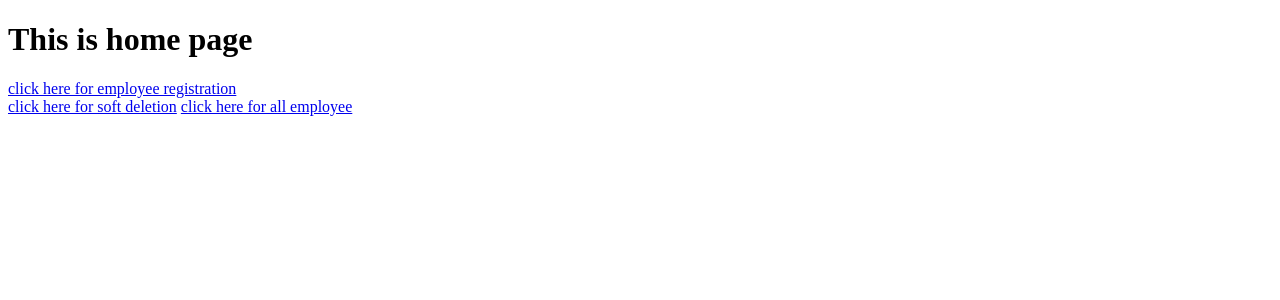
Repository: Subhabrata98dada/java_code
Page: http://localhost/MVC6_SOFT_DELETION/WEB-INF/pages/index.jsp
An editor plug-in stored every save of this project. The page is shown before and after the next save, followed by the edit.
The browser window is 1280 px wide. The pictures show the whole page.
The page is served by Tomcat 9. Nobody is signed in. The template is opened directly, without the code that normally fills it, so the values that code supplies are empty.

Above is the page before, as saved 2024-10-29 07:25:03.

After the next save:
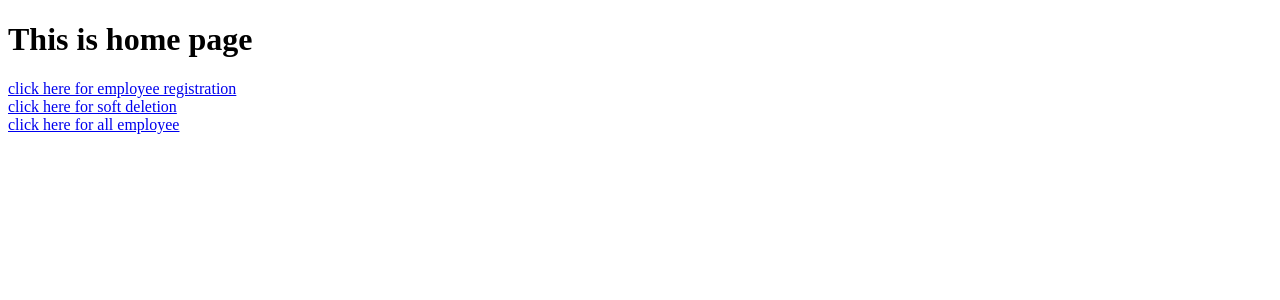
Saved 12 s later.
--- a/springboot mvc/MVC6_SOFT_DELETION/src/main/webapp/WEB-INF/pages/index.jsp
+++ b/springboot mvc/MVC6_SOFT_DELETION/src/main/webapp/WEB-INF/pages/index.jsp
@@ -11,7 +11,7 @@
     <h1>This is home page</h1>
 
        <a href="register" >click here for employee registration</a> <br>
-       <a href="softdelete" >click here for soft deletion</a>
+       <a href="softdelete" >click here for soft deletion</a> <br>
        <a href="getallemployee" >click here for all employee</a> <br>
 </body>
 </html>
